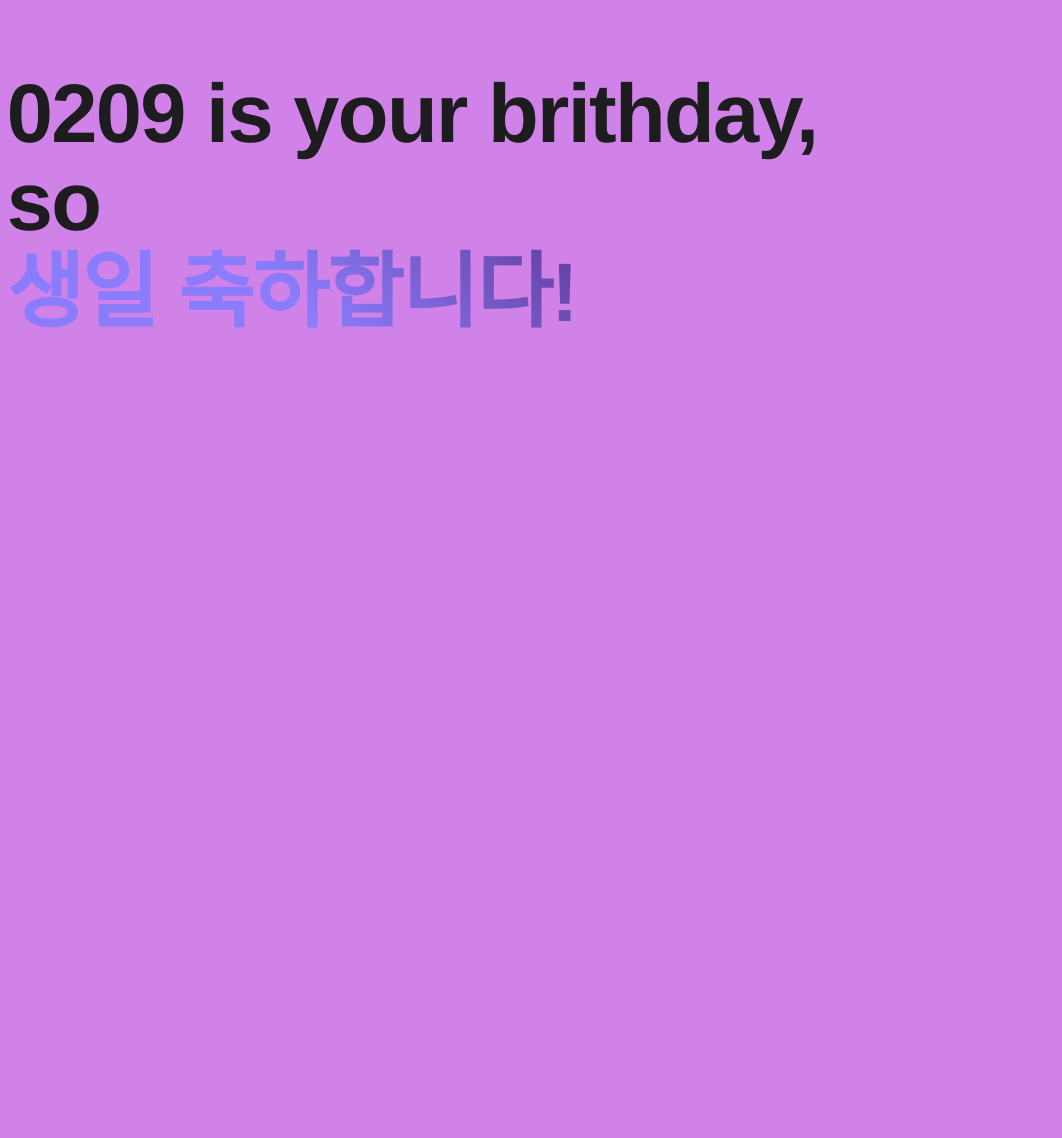
Repository: Caococos/02-09
Page: /
These files come from the project's save history. The page is drawn as it stood at one moment and after the next save; the edit follows.
The browser window is 1280 px wide. The pictures show the whole page, at 83% of full size.
The project was rebuilt for these pictures with package versions that can differ from the ones it lists, and the page was loaded fresh each time. Also part of the build but not shown: vue.config.js.

Above is the page before, as saved 2021-06-11 22:42:03.

After the next save:
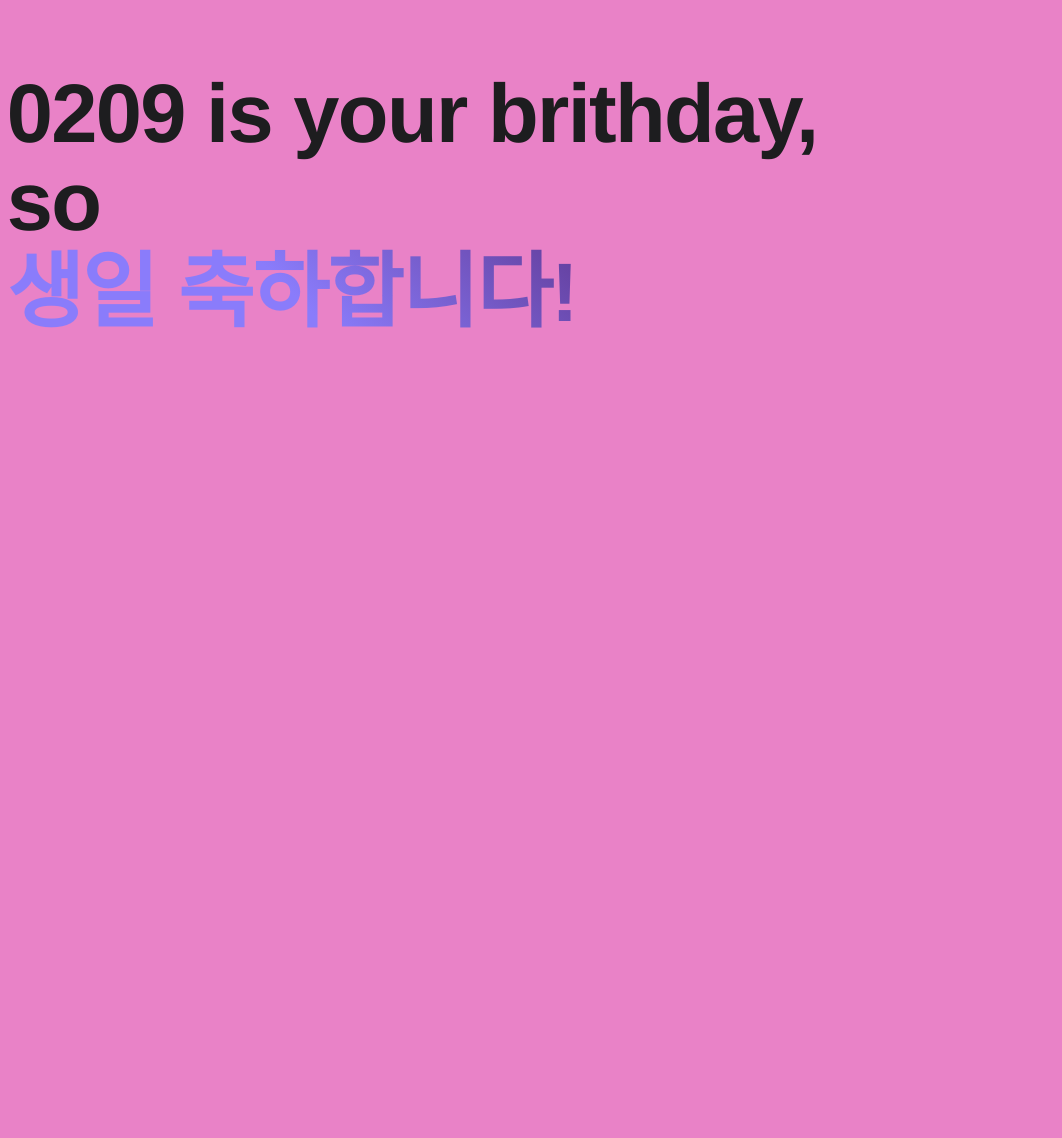
Saved 7 s later.
--- a/src/assets/css/index.css
+++ b/src/assets/css/index.css
@@ -4,5 +4,5 @@
 
 body {
   height: 100vw;
-  background-color: rgb(209, 130, 233);
+  background-color: rgb(233, 130, 199);
 }
